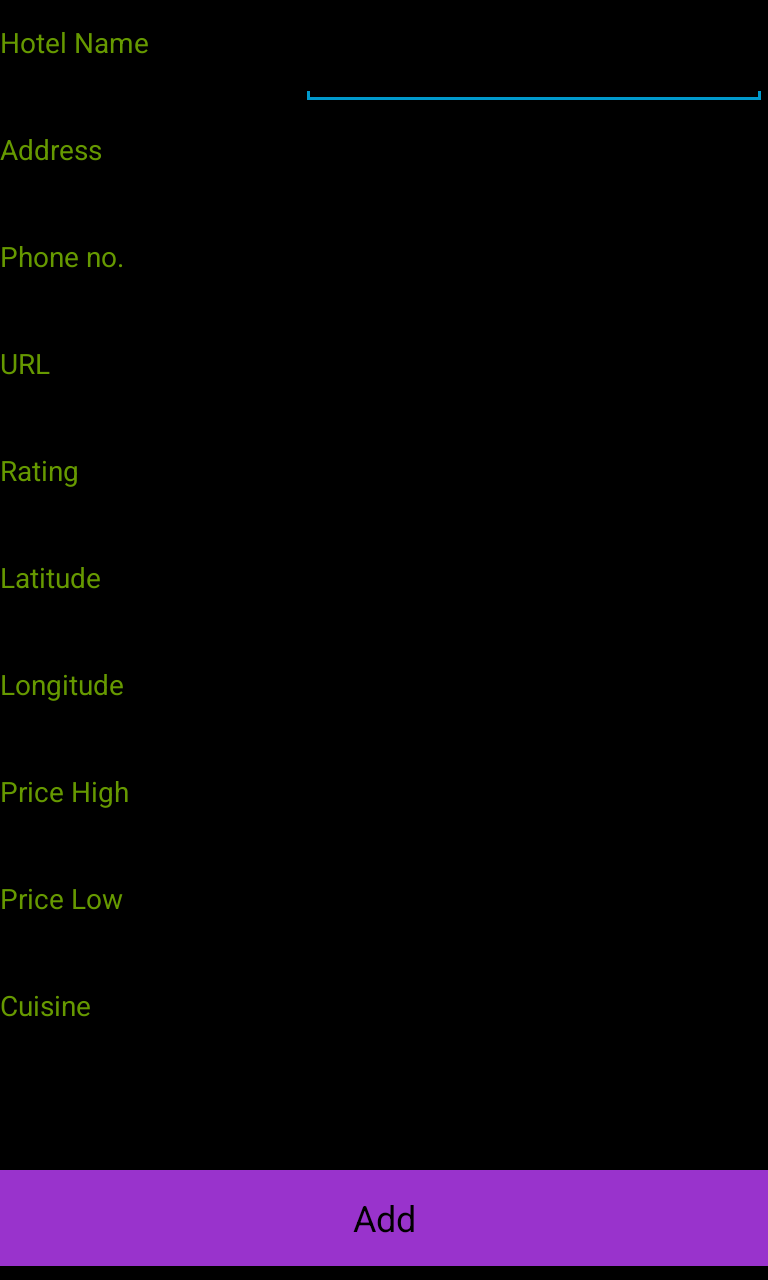
Repository: AungWinnHtut/projAndroid
Layout: com.engineer4myanmar.json.MainActivity/res/layout/activity_admin.xml
The author's editor kept a copy of each file at every save. The layout is drawn from the files as they stood at one save, then again after the next save.
It is drawn on a 768 x 1280 px phone screen (xhdpi) without system bars, with theme AppTheme; the app's code is not run.

Above is the layout before, as saved 2015-08-26 20:31:45.

### com.engineer4myanmar.json.MainActivity/res/layout/activity_admin.xml
<LinearLayout xmlns:android="http://schemas.android.com/apk/res/android"
    xmlns:tools="http://schemas.android.com/tools"
    android:layout_width="match_parent"
    android:layout_height="match_parent"
    android:background="#000"
    android:orientation="vertical" >

    <ScrollView
        android:id="@+id/scrollView1"
        android:layout_width="match_parent"
        android:layout_height="match_parent" >

        <LinearLayout
            android:layout_width="match_parent"
            android:layout_height="match_parent"
            android:orientation="vertical" >

            <LinearLayout
                android:layout_width="match_parent"
                android:layout_height="wrap_content"
                android:orientation="horizontal" >

                <TextView
                    android:id="@+id/textView1"
                    android:layout_width="150dp"
                    android:layout_height="wrap_content"
                    android:text="Hotel Name"
                    android:textColor="#669900" />

                <EditText
                    android:id="@+id/etHotelname"
                    android:layout_width="0dp"
                    android:layout_height="wrap_content"
                    android:layout_marginTop="14dp"
                    android:layout_weight="1"
                    android:ems="10"
                    android:textColor="#ffbb33" >

                    <requestFocus />
                </EditText>
            </LinearLayout>

            <LinearLayout
                android:layout_width="match_parent"
                android:layout_height="wrap_content"
                android:orientation="horizontal" >

                <TextView
                    android:id="@+id/textView2"
                    android:layout_width="150dp"
                    android:layout_height="wrap_content"
                    android:text="Address"
                    android:textColor="#669900" />

                <EditText
                    android:id="@+id/etAddress"
                    android:layout_width="0dp"
                    android:layout_height="wrap_content"
                    android:layout_marginTop="14dp"
                    android:layout_weight="1"
                    android:ems="10"
                    android:textColor="#ffbb33" />
            </LinearLayout>

            <LinearLayout
                android:layout_width="match_parent"
                android:layout_height="wrap_content"
                android:orientation="horizontal" >

                <TextView
                    android:id="@+id/textView3"
                    android:layout_width="150dp"
                    android:layout_height="wrap_content"
                    android:text="Phone no."
                    android:textColor="#669900" />

                <EditText
                    android:id="@+id/etPhone"
                    android:layout_width="0dp"
                    android:layout_height="wrap_content"
                    android:layout_marginTop="14dp"
                    android:layout_weight="1"
                    android:ems="10"
                    android:textColor="#ffbb33" />
            </LinearLayout>

            <LinearLayout
                android:layout_width="match_parent"
                android:layout_height="wrap_content"
                android:orientation="horizontal" >

                <TextView
                    android:id="@+id/textView4"
                    android:layout_width="150dp"
                    android:layout_height="wrap_content"
                    android:text="URL"
                    android:textColor="#669900" />

                <EditText
                    android:id="@+id/etUrl"
                    android:layout_width="0dp"
                    android:layout_height="wrap_content"
                    android:layout_marginTop="14dp"
                    android:layout_weight="1"
                    android:ems="10"
                    android:textColor="#ffbb33" />
            </LinearLayout>

            <LinearLayout
                android:layout_width="match_parent"
                android:layout_height="wrap_content"
                android:orientation="horizontal" >

                <TextView
                    android:id="@+id/textView5"
                    android:layout_width="150dp"
                    android:layout_height="wrap_content"
                    android:text="Rating"
                    android:textColor="#669900" />

                <EditText
                    android:id="@+id/etRating"
                    android:layout_width="0dp"
                    android:layout_height="wrap_content"
                    android:layout_marginTop="14dp"
                    android:layout_weight="1"
                    android:ems="10"
                    android:textColor="#ffbb33" />
            </LinearLayout>

            <LinearLayout
                android:layout_width="match_parent"
                android:layout_height="wrap_content"
                android:orientation="horizontal" >

                <TextView
                    android:id="@+id/textView6"
                    android:layout_width="150dp"
                    android:layout_height="wrap_content"
                    android:text="Latitude"
                    android:textColor="#669900" />

                <EditText
                    android:id="@+id/etLat"
                    android:layout_width="0dp"
                    android:layout_height="wrap_content"
                    android:layout_marginTop="14dp"
                    android:layout_weight="1"
                    android:ems="10"
                    android:textColor="#ffbb33" />
            </LinearLayout>

            <LinearLayout
                android:layout_width="match_parent"
                android:layout_height="wrap_content"
                android:orientation="horizontal" >

                <TextView
                    android:id="@+id/textView7"
                    android:layout_width="150dp"
                    android:layout_height="wrap_content"
                    android:text="Longitude"
                    android:textColor="#669900" />

                <EditText
                    android:id="@+id/etLng"
                    android:layout_width="0dp"
                    android:layout_height="wrap_content"
                    android:layout_marginTop="14dp"
                    android:layout_weight="1"
                    android:ems="10"
                    android:textColor="#ffbb33" />
            </LinearLayout>

            <LinearLayout
                android:layout_width="match_parent"
                android:layout_height="wrap_content"
                android:orientation="horizontal" >

                <TextView
                    android:id="@+id/textView10"
                    android:layout_width="150dp"
                    android:layout_height="wrap_content"
                    android:text="Price High"
                    android:textColor="#669900" />

                <EditText
                    android:id="@+id/etP2"
                    android:layout_width="0dp"
                    android:layout_height="wrap_content"
                    android:layout_marginTop="14dp"
                    android:layout_weight="1"
                    android:ems="10"
                    android:textColor="#ffbb33" />
            </LinearLayout>

            <LinearLayout
                android:layout_width="match_parent"
                android:layout_height="wrap_content"
                android:orientation="horizontal" >

                <TextView
                    android:id="@+id/textView8"
                    android:layout_width="150dp"
                    android:layout_height="wrap_content"
                    android:text="Price Low"
                    android:textColor="#669900" />

                <EditText
                    android:id="@+id/etP1"
                    android:layout_width="0dp"
                    android:layout_height="wrap_content"
                    android:layout_marginTop="14dp"
                    android:layout_weight="1"
                    android:ems="10"
                    android:textColor="#ffbb33" />
            </LinearLayout>

            <LinearLayout
                android:layout_width="match_parent"
                android:layout_height="wrap_content"
                android:orientation="horizontal" >

                <TextView
                    android:id="@+id/textView9"
                    android:layout_width="150dp"
                    android:layout_height="wrap_content"
                    android:text="Cuisine"
                    android:textColor="#669900" />

                <EditText
                    android:id="@+id/etCuisine"
                    android:layout_width="0dp"
                    android:layout_height="wrap_content"
                    android:layout_marginTop="14dp"
                    android:layout_weight="1"
                    android:ems="10"
                    android:textColor="#ffbb33" />
            </LinearLayout>

            <LinearLayout
                android:layout_width="match_parent"
                android:layout_height="wrap_content"
                android:layout_marginTop="50dp"
                android:orientation="horizontal" >

                <Button
                    android:layout_width="match_parent"
                    android:layout_height="wrap_content"
                    android:background="#9933cc"
                    android:onClick="funRegister"
                    android:text="Add" />
            </LinearLayout>
        </LinearLayout>
    </ScrollView>

</LinearLayout>

### com.engineer4myanmar.json.MainActivity/res/values/strings.xml
<resources>

    <string name="app_name">ExcellentService</string>
    <string name="hello_world">Hello world!</string>
    <string name="menu_settings">Settings</string>
    <string name="title_activity_main">ExcellentService</string>
    <string name="title_activity_services_menu">ExcellentService</string>
    <string name="title_activity_register">ExcellentService</string>
    <string name="title_activity_welcome">WelcomeActivity</string>
    <string name="title_activity_search">SearchActivity</string>
    <string name="services_prompt">Hotel</string>
    <string name="rating_prompt">1</string>
    <string name="cuisine_prompt">Chinese</string>
    <string name="range_prompt">1 km</string>

    <string-array name="services_arrays">
        <item>Hotel</item>
        <item>Bank</item>
        <item>Restaurant</item>
        <item>Hospital</item>
    </string-array>
    <string-array name="ratings_arrays">
        <item>1</item>
        <item>2</item>
        <item>3</item>
        <item>4</item>
        <item>5</item>
    </string-array>
    <string-array name="cuisine_arrays">
        <item>Chinese</item>
        <item>Thai</item>
        <item>Burmese</item>
        <item>Japanese</item>
    </string-array>
    <string-array name="range_arrays">
        <item>1 km</item>
        <item>2 km</item>
        <item>3 km</item>
        <item>4 km</item>
        <item>5 km</item>
    </string-array>

    <string name="title_activity_admin">AdminActivity</string>

</resources>

Loaded but not shown: com.engineer4myanmar.json.MainActivity/res/values-v11/styles.xml (common file); com.engineer4myanmar.json.MainActivity/res/values-v14/styles.xml (common file); com.engineer4myanmar.json.MainActivity/res/values/styles.xml (common file)

After the next save:
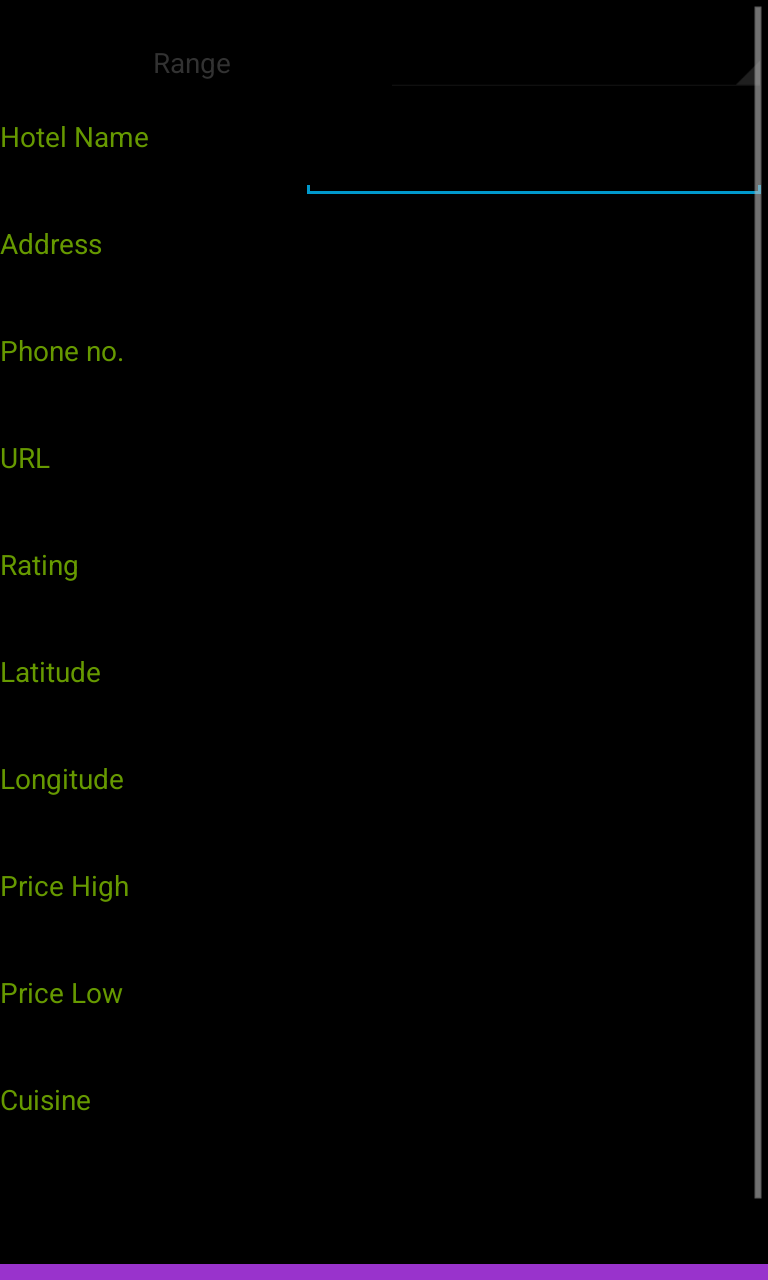
Saved 8 s later.
--- a/com.engineer4myanmar.json.MainActivity/res/layout/activity_admin.xml
+++ b/com.engineer4myanmar.json.MainActivity/res/layout/activity_admin.xml
@@ -14,6 +14,30 @@
             android:layout_width="match_parent"
             android:layout_height="match_parent"
             android:orientation="vertical" >
+            <LinearLayout
+        android:layout_width="match_parent"
+        android:layout_height="wrap_content"
+        android:layout_marginTop="15dp"
+        android:orientation="horizontal" >
+
+        <TextView
+            android:layout_width="0dp"
+            android:layout_height="wrap_content"
+            android:layout_gravity="center"
+            android:layout_weight="1"
+            android:gravity="center"
+            android:text="Range" />
+
+        <Spinner
+            android:id="@+id/spRange"
+            android:layout_width="0dp"
+            android:layout_height="wrap_content"
+            android:layout_gravity="center"
+            android:layout_weight="1"
+            android:entries="@array/range_arrays"
+            android:gravity="center"
+            android:prompt="@string/range_prompt" />
+    </LinearLayout>
 
             <LinearLayout
                 android:layout_width="match_parent"
